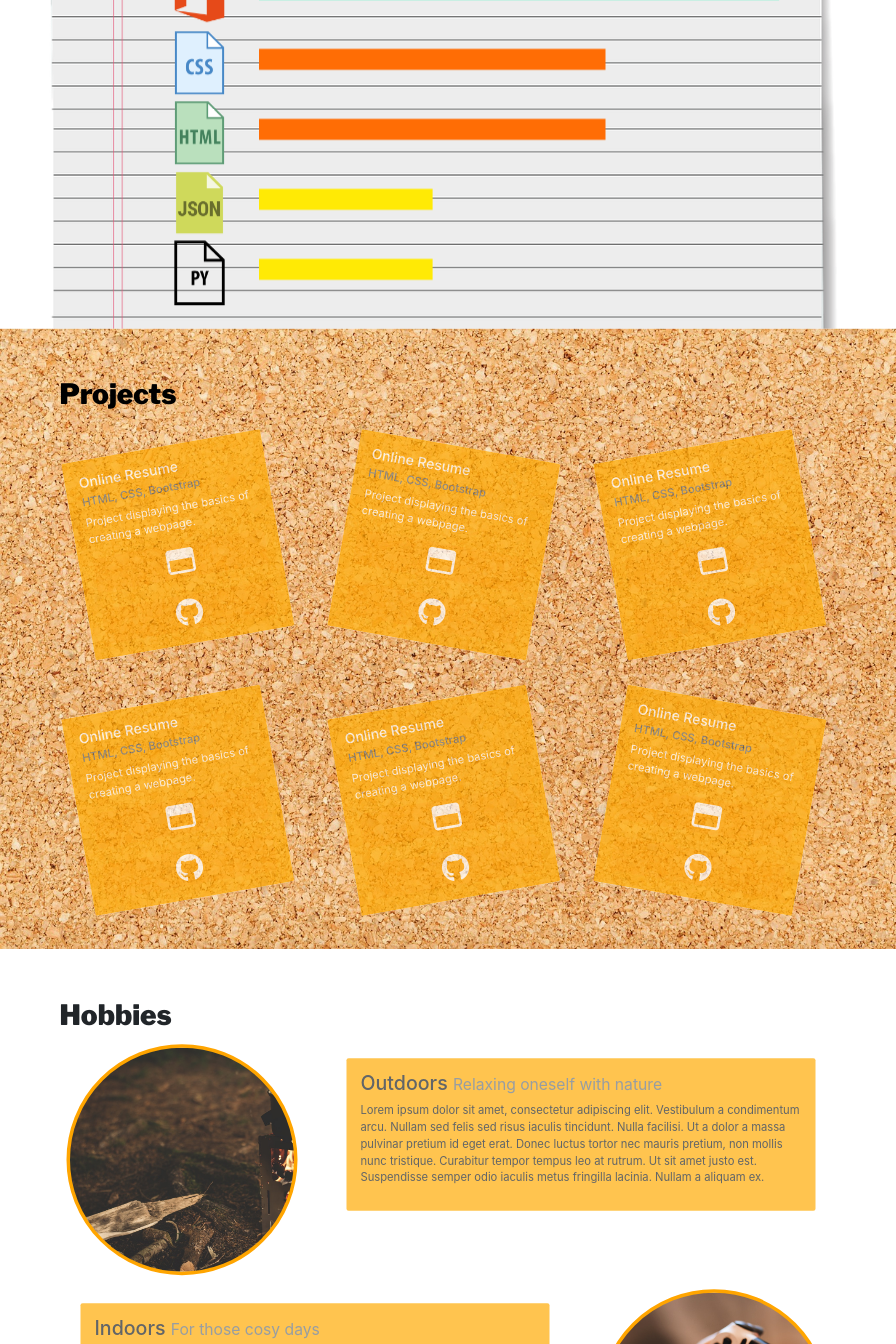
Repository: muhdarifrawi/resume-project
Page: index.html
The author's editor kept a record of every edit. The page is drawn from the files as they stood at one moment, then again after the next edit.
The browser window is 1280 px wide. The pictures show the part of the page from y = 1064 to 2984 px (the page is 4106 px tall), at 70% of full size.
Some web libraries are served in a nearby version.

Above is the page before.

### index.html
<!doctype html>
<html lang="en">

<head>
    <!-- Required meta tags -->
    <meta charset="utf-8">
    <meta name="viewport" content="width=device-width, initial-scale=1, shrink-to-fit=no">
    <!-- Font Awesome script -->
    <script src="https://kit.fontawesome.com/00e1568e72.js"></script>
    <!-- GOOGLE font -->
    <link href="https://fonts.googleapis.com/css?family=Libre+Franklin:900&display=swap" rel="stylesheet">
    <!-- AOS script -->
    <link href="https://unpkg.com/aos@2.3.1/dist/aos.css" rel="stylesheet">

    <!-- Bootstrap CSS -->
    <link rel="stylesheet" href="https://stackpath.bootstrapcdn.com/bootstrap/4.3.1/css/bootstrap.min.css" integrity="sha384-ggOyR0iXCbMQv3Xipma34MD+dH/1fQ784/j6cY/iJTQUOhcWr7x9JvoRxT2MZw1T" crossorigin="anonymous">
    <link rel="stylesheet" href="style.css" type="text/css" />
    <title>Online Resume</title>
</head>

  <!-- scroll spy added to body section -->
<body data-spy="scroll" data-target="#navscroll" data-offset="100">
    <!-- Navbar starts here -->
    <nav id="navscroll" class="navbar fixed-top navbar-expand-lg navbar-light bg-light">
        <a class="navbar-brand" href="#">My Resume</a>
        <button class="navbar-toggler" type="button" data-toggle="collapse" data-target="#navbarSupportedContent" aria-controls="navbarSupportedContent" aria-expanded="false" aria-label="Toggle navigation">
    <span class="navbar-toggler-icon"></span>
  </button>

        <div class="collapse navbar-collapse" id="navbarSupportedContent">
            <ul class="navbar-nav mr-auto">
                <li class="nav-item">
                    <a class="nav-link" href="#home">Home <span class="sr-only">(current)</span></a>
                </li>
                <li class="nav-item">
                    <a class="nav-link" href="#skills">Skills</a>
                </li>

                <li class="nav-item">
                    <a class="nav-link" href="#projects">Projects</a>
                </li>

                <li class="nav-item">
                    <a class="nav-link" href="#hobbies">Hobbies</a>
                </li>

                <li class="nav-item">
                    <a class="nav-link" href="#contact">Contact Me</a>
                </li>

            </ul>

        </div>
    </nav>
    <!-- navbar ends here -->

    <!--Jumbotron -->
    <div class="jumbotron jumbotron-fluid" id="home">
        <div class="container">
            <h1 class="display-4">Muhammad Arif Bin Rawi</h1>
            <p class="lead">Aspiring Junior Game Developer. </p>
        </div>
    </div>

    <div class="orange strip"></div>

<div class="container" id="skills">

<h1>Skills</h1>
    <!-- created div to slot in AOS -->
   <div data-aos="fade-right" data-aos-offset="300" data-aos-easing="ease-in-sine">
        <!-- photoshop row -->
        <div class="row pt-md-5">
            <div class="col-lg-3 col-sm-6">
                <div class="ware">
                    <img src="image/icon/PS.png" alt="photoshop" class="rounded">
                    <div class="house">
                        <div class="text">
                            <h5>Photoshop</h5>
                        </div>
                        <div class="text2">
                            <h6>Good</h6>
                        </div>
                    </div>
                </div>
            </div>
            <div class="col-lg-9 col-sm-6">
                <div class="bar-mid"></div>
            </div>
        </div>

        <!-- ms office row -->
        <div class="row">
            <div class="col-lg-3 col-sm-6">
                <div class="ware">
                    <img src="image/icon/MSO.png" alt="MS Office" class="rounded">
                    <div class="house">
                        <div class="text">
                            <h5>MS Office</h5>
                        </div>
                        <div class="text2">
                            <h6>Advance</h6>
                        </div>
                    </div>
                </div>
            </div>
            <div class="col-lg-9 col-sm-6">
                <div class="bar-full"></div>
            </div>
        </div>

        <!-- CSS row -->
        <div class="row">
            <div class="col-lg-3 col-sm-6">
                <div class="ware">
                    <img src="image/icon/CSS.png" alt="CSS" class="rounded">
                    <div class="house">
                        <div class="text">
                            <h5>CSS</h5>
                        </div>
                        <div class="text2">
                            <h6>Good</h6>
                        </div>
                    </div>
                </div>
            </div>
            <div class="col-lg-9 col-sm-6">
                <div class="bar-mid"></div>
            </div>
        </div>

        <!-- HTML row -->
        <div class="row">
            <div class="col-lg-3 col-sm-6">
                <div class="ware">
                    <img src="image/icon/HTML.png" alt="HTML" class="rounded">
                    <div class="house">
                        <div class="text">
                            <h5>HTML</h5>
                        </div>
                        <div class="text2">
                            <h6>Good</h6>
                        </div>
                    </div>
                </div>
            </div>
            <div class="col-lg-9 col-sm-6">
                <div class="bar-mid"></div>
            </div>
        </div>

        <!-- Java row -->
        <div class="row">
            <div class="col-lg-3 col-sm-6">
                <div class="ware">
                    <img src="image/icon/JS.png" alt="Java" class="rounded">
                    <div class="house">
                        <div class="text">
                            <h5>Java</h5>
                        </div>
                        <div class="text2">
                            <h6>Basic</h6>
                        </div>
                    </div>
                </div>
            </div>
            <div class="col-lg-9 col-sm-6">
                <div class="bar-min"></div>
            </div>
        </div>

        <!-- Python row -->
        <div class="row">
            <div class="col-lg-3 col-sm-6">
                <div class="ware">
                    <img src="image/icon/PY.png" alt="Python" class="rounded">
                    <div class="house">
                        <div class="text">
                            <h5>Python</h5>
                        </div>
                        <div class="text2">
                            <h6>Basic</h6>
                        </div>
                    </div>
                </div>
            </div>
            <div class="col-lg-9 col-sm-6">
                <div class="bar-min"></div>
            </div>
        </div>
    </div>
</div>

    <!-- <div class="orange strip"></div> -->

<!--usage of jumbotron to overcome "no-stretch" problem -->
<div class="jumbotron jumbotron-fluid "  id="projects">
<div class="container">
        <h1>Projects</h1>
        <div class="row">
            <div class="col">
                <div class="card note" style="width: 18rem;">
                    <div class="card-body">
                        <h5 class="card-title">Online Resume</h5>
                        <h6 class="card-subtitle mb-2 text-muted">HTML, CSS, Bootstrap</h6>
                        <p class="card-text">Project displaying the basics of creating a webpage.</p>

                        <a href="https://muhdarifrawi.github.io/resume-project/" target="_blank" class="card-link">
                            <div class="rounded-box"><i class="far fa-window-maximize"></i></div></a>

                        <a href="https://github.com/muhdarifrawi/resume-project" target="_blank" class="card-link">
                            <div class="rounded-box"><i class="fab fa-github"></i></div></a>
                    </div>
                </div>
            </div>

            <div class="col">
                <div class="card note2" style="width: 18rem;">
                    <div class="card-body">
                        <h5 class="card-title">Online Resume</h5>
                        <h6 class="card-subtitle mb-2 text-muted">HTML, CSS, Bootstrap</h6>
                        <p class="card-text">Project displaying the basics of creating a webpage.</p>

                        <a href="https://muhdarifrawi.github.io/resume-project/" target="_blank" class="card-link">
                            <div class="rounded-box"><i class="far fa-window-maximize"></i></div></a>

                        <a href="https://github.com/muhdarifrawi/resume-project" target="_blank" class="card-link">
                            <div class="rounded-box"><i class="fab fa-github"></i></div></a>
                    </div>
                </div>
            </div>

            <div class="col">
                <div class="card note3" style="width: 18rem;">
                    <div class="card-body">
                        <h5 class="card-title">Online Resume</h5>
                        <h6 class="card-subtitle mb-2 text-muted">HTML, CSS, Bootstrap</h6>
                        <p class="card-text">Project displaying the basics of creating a webpage.</p>

                        <a href="https://muhdarifrawi.github.io/resume-project/" target="_blank" class="card-link">
                            <div class="rounded-box"><i class="far fa-window-maximize"></i></div></a>

                        <a href="https://github.com/muhdarifrawi/resume-project" target="_blank" class="card-link">
                            <div class="rounded-box"><i class="fab fa-github"></i></div></a>
                    </div>
                </div>
            </div>

        </div>

        <div class="row">
        <div class="col">
            <div class="card note3" style="width: 18rem;">
                <div class="card-body">
                    <h5 class="card-title">Online Resume</h5>
                    <h6 class="card-subtitle mb-2 text-muted">HTML, CSS, Bootstrap</h6>
                    <p class="card-text">Project displaying the basics of creating a webpage.</p>

                    <a href="https://muhdarifrawi.github.io/resume-project/" target="_blank" class="card-link">
                        <div class="rounded-box"><i class="far fa-window-maximize"></i></div></a>

                    <a href="https://github.com/muhdarifrawi/resume-project" target="_blank" class="card-link">
                        <div class="rounded-box"><i class="fab fa-github"></i></div></a>
                </div>
            </div>
        </div>

        <div class="col">
            <div class="card note" style="width: 18rem;">
                <div class="card-body">
                    <h5 class="card-title">Online Resume</h5>
                    <h6 class="card-subtitle mb-2 text-muted">HTML, CSS, Bootstrap</h6>
                    <p class="card-text">Project displaying the basics of creating a webpage.</p>

                    <a href="https://muhdarifrawi.github.io/resume-project/" target="_blank" class="card-link">
                        <div class="rounded-box"><i class="far fa-window-maximize"></i></div></a>

                    <a href="https://github.com/muhdarifrawi/resume-project" target="_blank" class="card-link">
                        <div class="rounded-box"><i class="fab fa-github"></i></div></a>
                </div>
            </div>
        </div>

        <div class="col">
            <div class="card note2" style="width: 18rem;">
                <div class="card-body">
                    <h5 class="card-title">Online Resume</h5>
                    <h6 class="card-subtitle mb-2 text-muted">HTML, CSS, Bootstrap</h6>
                    <p class="card-text">Project displaying the basics of creating a webpage.</p>

                    <a href="https://muhdarifrawi.github.io/resume-project/" target="_blank" class="card-link">
                        <div class="rounded-box"><i class="far fa-window-maximize"></i></div></a>

                    <a href="https://github.com/muhdarifrawi/resume-project" target="_blank" class="card-link">
                        <div class="rounded-box"><i class="fab fa-github"></i></div></a>
                </div>
            </div>
        </div>

    </div>

    </div>
</div>
<!-- <div class="orange strip"></div> -->

<div class="container" id="hobbies">
    <h1>Hobbies</h1>
    <div class="row">

        <div class="col-sm-6 col-md-4 ">
            <div class="col"><div class="thumb camping"></div></div>
        </div>
        <div class="col-sm-6 col-md-8">
            <div class="card">
                <div class="card-body">
                    <h3>
                      Outdoors
                      <small class="text-muted">Relaxing oneself with nature</small>
                    </h3>

                    <p>
                        Lorem ipsum dolor sit amet, consectetur adipiscing elit. Vestibulum a condimentum arcu. Nullam sed felis sed risus iaculis tincidunt. Nulla facilisi. Ut a dolor a massa pulvinar pretium id eget erat. Donec luctus tortor nec mauris pretium, non mollis nunc tristique. Curabitur tempor tempus leo at rutrum. Ut sit amet justo est. Suspendisse semper odio iaculis metus fringilla lacinia. Nullam a aliquam ex.
                    </p>
                </div>
            </div>
        </div>

    </div>

       <div class="row">

        <div class="col-sm-6 order-sm-2 col-md-4">
            <div class="col"><div class="thumb indoor"></div></div>

        </div>
        <div class="col-sm-6 order-sm-1 col-md-8">

            <div class="card">
                <div class="card-body">
                    <h3>
                    Indoors
                      <small class="text-muted">For those cosy days</small>
                    </h3>

                    <p>
                        Lorem ipsum dolor sit amet, consectetur adipiscing elit. Vestibulum a condimentum arcu. Nullam sed felis sed risus iaculis tincidunt. Nulla facilisi. Ut a dolor a massa pulvinar pretium id eget erat. Donec luctus tortor nec mauris pretium, non mollis nunc tristique. Curabitur tempor tempus leo at rutrum. Ut sit amet justo est. Suspendisse semper odio iaculis metus fringilla lacinia. Nullam a aliquam ex.
                    </p>
                </div>
            </div>

        </div>

    </div>

</div>

<div class="orange strip"></div>

<div class="container" id="contact">


<div class="row">


<!-- left column -->
<div class="col-sm-6 pl-4">
    <!-- top column -->
    <div class="row">
    <h1>Contact Me</h1>
    </div>

<!-- bottom column -->
<div class="row">
<div class="col">
<form>

    <div class="form-group">
        <label for="name">Name</label>
        <input type="text" class="form-control" id="form1" placeholder="Name" required>
    </div>

    <div class="form-group">
        <label for="email">Email Address</label>
        <input type="email" class="form-control" id="form1" placeholder="name@example.com" required>
    </div>


    <div class="form-group">
        <label for="Textarea">Comments</label>
        <textarea class="form-control" id="form1" rows="3" required></textarea>
    </div>

    <input class="btn btn-primary" type="submit" value="Submit">
</form>

</div>
</div>
</div>
<!-- right column-->
<div class="col-sm-6 pl-4">
    <!-- top column -->
    <div class="row">
    <h1>Follow Me</h1>
    </div>
<!--bottom column -->
<div class="col">
    <div class="row pt-3"></div>
    <div class="row">
        <div class="col"><a href="https://www.twitter.com/ArifRawi" target="_blank"><div class="rounded-box"><i class="fab fa-twitter"></i></div></a></div>
        <div class="col"><a href="https://github.com/muhdarifrawi" target="_blank"><div class="rounded-box"><i class="fab fa-github"></i></div></a></div>
        <div class="col"><a href="https://www.instagram.com/muhdarifrawi/" target="_blank"><div class="rounded-box"><i class="fab fa-instagram"></i></div></a></div>

    </div>
    <div class="row"></div>
</div>
</div>
</div>
</div>

<div class="orange banner">
    <div class="container" id="footer">

        <div class="row">

            <div class="col-sm-4 px-4">
                <h6>Acknowledgments</h6>
                    <p>Thank you to all that has helped and guided me in making this project work.</p>



            </div>

            <div class="col-sm-4 px-4">
                <h6>Disclaimer</h6>
                <p>This webpage is a work meant for education purposes only. </p>
            </div>

            <div class="col-sm-4 px-4">
                <h6>Copyright 2019, all rights reserved.</h6>
            </div>
        </div>

    </div>
</div>
    <!-- Optional JavaScript -->
    <!-- jQuery first, then Popper.js, then Bootstrap JS -->
    <script src="https://code.jquery.com/jquery-3.3.1.slim.min.js" integrity="sha384-q8i/X+965DzO0rT7abK41JStQIAqVgRVzpbzo5smXKp4YfRvH+8abtTE1Pi6jizo" crossorigin="anonymous"></script>
    <script src="https://cdnjs.cloudflare.com/ajax/libs/popper.js/1.14.7/umd/popper.min.js" integrity="sha384-UO2eT0CpHqdSJQ6hJty5KVphtPhzWj9WO1clHTMGa3JDZwrnQq4sF86dIHNDz0W1" crossorigin="anonymous"></script>
    <script src="https://stackpath.bootstrapcdn.com/bootstrap/4.3.1/js/bootstrap.min.js" integrity="sha384-JjSmVgyd0p3pXB1rRibZUAYoIIy6OrQ6VrjIEaFf/nJGzIxFDsf4x0xIM+B07jRM" crossorigin="anonymous"></script>
    <!--AOS script -->
    <script src="https://unpkg.com/aos@2.3.1/dist/aos.js"></script>

    <script>
        AOS.init();
    </script>
</body>

</html>

### style.css
html{
    width:100%;
    height:100%;

}

body{
    padding-top:30px;
    width:100%;
    height:100%;

}

.jumbotron{
    margin-bottom:0px;
}

.box{
    height:50px;
    width:50px;
}

.red{
    background-color:red;
}

.blue{
    background-color:blue;
}

.orange{
    background-color:rgba(255, 172, 5, 1);
}

.strip{
    width:100%;
    height:10px;
}

.banner{
    width:100%;
    height:300px;
}

.rect{
    width:100%;
    height:100%;
    padding:15px;
}

.container{
    padding-top:70px;
    padding-bottom:30px;
}

.shelf{
    height:100%;
    width:100%;
}

.col{
    padding:10px;
}


.jumbotron {
  color:white;
}

#home{
    background-image: url("image/bg/bench.jpg");
    background-size: cover;
    /*this allows the image to stretch height to its max. needs html and body to be height:100% as well*/
    height:100%;

}

h1 {
font-family: 'Libre Franklin', sans-serif;
}

.card{
    margin:30px;
    opacity:0.7;
    border:none;
    transition-duration:1s;

}

.card-body{
    background-color:rgb(255, 172, 5);
    border-radius:3px;

}

.card:hover{
    opacity:1;
}

#footer{
    padding-bottom:0px;
    padding-left:0px;
    padding-right:0px;
    width:100%;
}

.btn-primary{
    background-color:rgb(255, 193, 100);
    border-color:rgb(255, 193, 100);

}

.btn-primary:hover {
    background-color:rgb(255, 234, 5);
    border-color:rgb(255, 234, 5);

}

.icon{
    height:60px;
}

#projects{
    background-image:url(image/bg/corkboard.jpg);
    background-size:cover;
    height:auto;
    padding:0px;

}

#projects h1{
    color:black;
}

#skills{
    background-image:url(image/bg/notepad.png);
    background-size:cover;

}

.rounded-box{
    background-color:orange;
    height:50px;
    border-radius:5px;
    text-align:center;
    border:1px;
    transition-duration:0.5s;
}

.rounded-box:hover{
    transition-duration:0.5s;
    background-color:rgb(255, 234, 5);
    border-color:rgb(255, 234, 5);
}

.fa-twitter{
    padding-top:5px;
    font-size:40px;
    color:white;
}

.fa-github{
    padding-top:5px;
    font-size:40px;
    color:white;
}

.fa-instagram{
    padding-top:5px;
    font-size:40px;
    color:white;
}

.fa-window-maximize{
    padding-top:5px;
    font-size:40px;
    color:white;
}

.follow{
    margin-top:50px;
}


.bar-full {
    width:0%;
    height:30px;
    background-color:blue;
    animation-name: adv;
    animation-duration: 4s;
    animation-fill-mode:forwards;
    transform:translate(0, 100%);
}

@keyframes adv{

    from{
        width:0%;
        Background-color:rgb(255, 234, 5);
    }

    to{
        width:90%;
        background-color:rgb(5, 255, 172);

    }

}

.bar-mid {
    width:0%;
    height:30px;
    background-color:blue;
    animation-name: gd;
    animation-duration: 4s;
    animation-fill-mode:forwards;
    transform:translate(0, 100%);
}

@keyframes gd{

    from{
        width:0%;
        Background-color:rgb(255, 234, 5);
    }

    to{
        width:60%;
        background-color:rgb(255, 109, 5);

    }

}

.bar-min {
    width:0%;
    height:30px;
    background-color:blue;
    animation-name: basic;
    animation-duration: 4s;
    animation-fill-mode:forwards;
    transform:translate(0, 100%);
}

@keyframes basic{

    from{
        width:0%;
        Background-color:rgb(255, 234, 5);
    }

    to{
        width:30%;
        background-color:rgb(255, 234, 5);

    }

}

.ware{
    /*background-color:purple;*/
    width:100px;
    height:100%;
    margin-left:150px;

}

.rounded{
    width:100%;
}

.house{
    background-color:rgb(255, 172, 5);
    width:100px;
    height:100%;
    transform:translate(0,-100%);
    opacity:0;
    transition-duration:0.75s;
    position:absolute;
    text-align:justify;
    border-radius:3px;
}

.ware:hover .house{
    opacity:0.9;
    cursor:pointer;
}

.text{
    color:rgb(88, 5, 255);
    margin-top:5px;
    text-align:center;
}

.text2{
    color:rgba(5, 88, 255, 0.7);
    margin-top:5px;
    text-align:center;
}

.note {
    transform:rotate(-10deg);
    transition-duration: 1s;
}

.note:hover {
    transform:rotate(0deg);
}

.note2 {
    transform:rotate(10deg);
    transition-duration: 1s;
}

.note2:hover {
    transform:rotate(0deg);
}

.note3 {
    transform:rotate(-10deg);
    transition-duration: 1s;
}

.note3:hover {
    transform:rotate(0deg);
}

.thumb{
    height:330px;
    width:330px;
    /*background-color:green;*/
    border-radius:165px;
    border-color:orange;
    border-style:solid;
    border-width:5px;
}

.camping{
  background-image:url(image/thumb/camping.jpg);
  background-size:cover;
}

.indoor{
  background-image:url(image/thumb/indoor.jpg);
  background-size:cover;
}

/* Medium devices (tablets, 768px and up)*/
@media (max-width: 426px) {

    .ware{

    margin-left:0px;
    padding-top:20px;

    }

    .bar-min, .bar-mid, .bar-full{

    margin-bottom:25px;
    }

    .note {
    transform:rotate(0deg);
    transition-duration: 1s;
    }

    #skills{
        padding-top:25px;
    }


}

After the next edit:
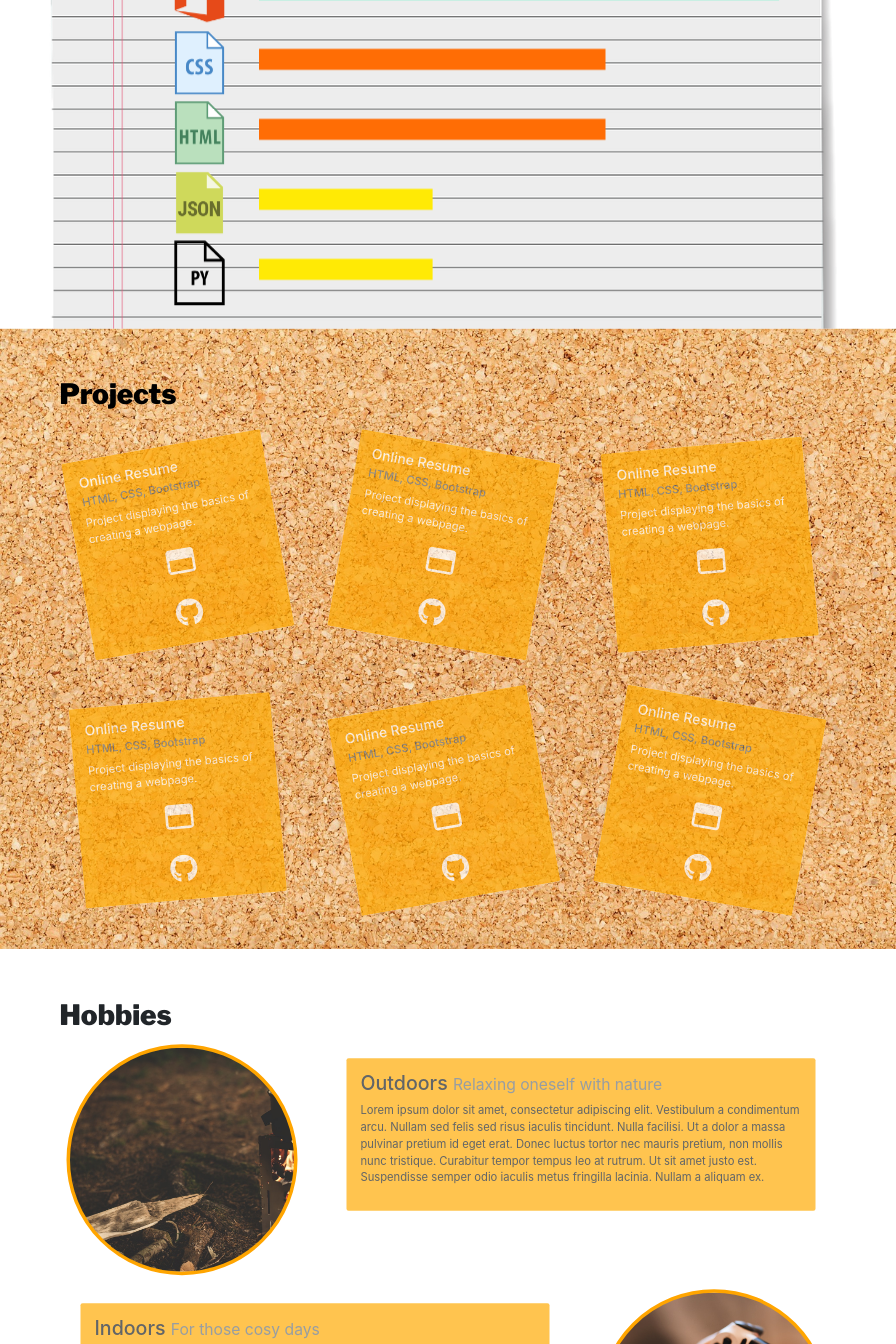
The edit:
--- a/style.css
+++ b/style.css
@@ -317,7 +317,7 @@
 }
 
 .note3 {
-    transform:rotate(-10deg);
+    transform:rotate(-5deg);
     transition-duration: 1s;
 }
 
